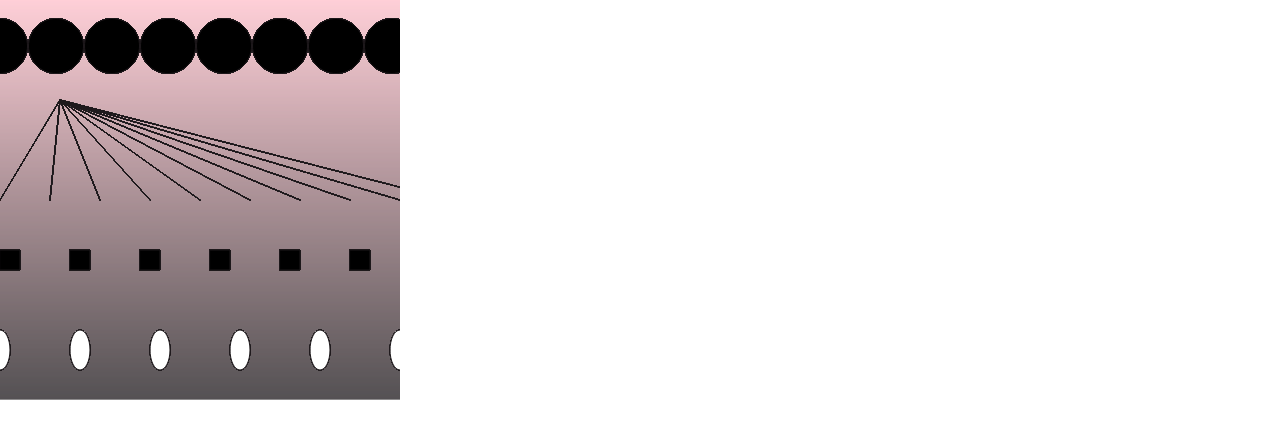
Repository: patriciqa/GenComp
Page: content/day01/03/index.html
The author's editor kept a copy of each file at every save. The page is drawn from the files as they stood at one save, then again after the next save.
The browser window is 1280 px wide. The pictures show the whole page.

Above is the page before, as saved 2021-09-29 15:09:32.

After the next save:
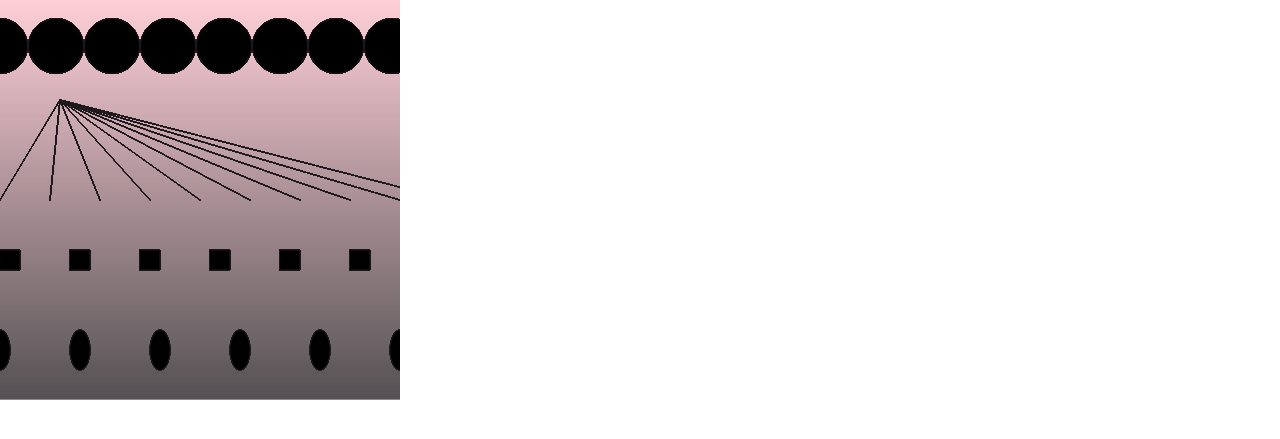
Saved 6 s later.
--- a/content/day01/03/sketch.js
+++ b/content/day01/03/sketch.js
@@ -12,7 +12,6 @@ for(let i = 0; i <10; i++) {
   ellipse(56*i, 46, 55, 55);
   line(50*i, 200, 60,   100);
   rect(70*i, 250, 20,   20);
-  fill('white')
   ellipse(80*i, 350, 20,   40);
 
 }
